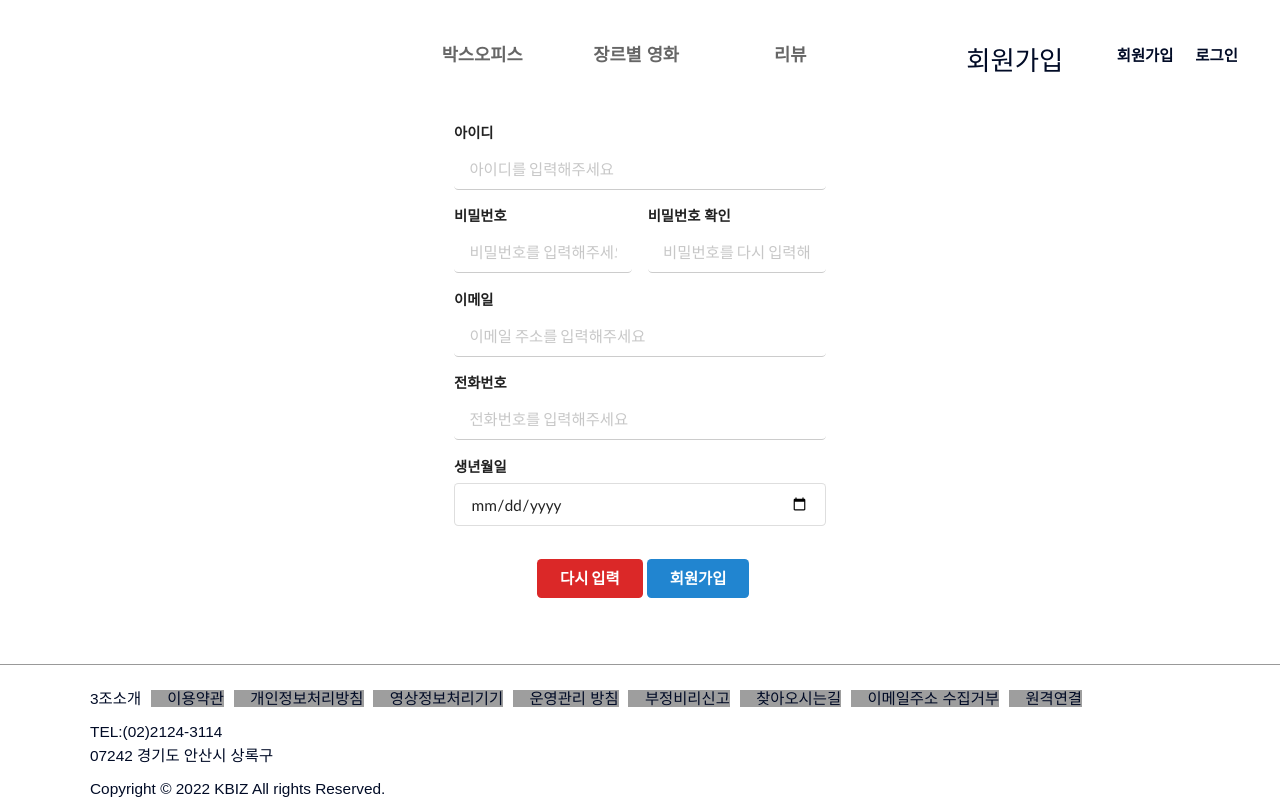
Repository: Minjeong204/project_Movie
Page: http://localhost/Movie/view/register.jsp
These files come from the project's save history. The page is drawn as it stood at one moment and after the next save; the edit follows.
The browser window is 1280 px wide. The pictures show the whole page.
Pictures or frames that could not be fetched are drawn as grey boxes. Some web libraries are served in a nearby version. The page is served by Tomcat 9. Nobody is signed in. The application's start-up code is not run. Other server files are loaded and not shown. The template is opened directly, without the code that normally fills it, so the values that code supplies are empty.

Above is the page before, as saved 2022-12-27 09:39:25.

### JSP-Project/Movie/WebContent/view/register.jsp
<%@ page language="java" contentType="text/html; charset=UTF-8"
	pageEncoding="UTF-8"%>
<link rel="stylesheet" href="/lib/style.css">
<%@ include file="../header.jsp"%>

<%
if (request.getAttribute("error") != null) {
	out.print("<script>swal('오류', '" + request.getAttribute("error") + "', 'error');</script>");
}

if (request.getAttribute("regID") != null) {
	out.print("<script>swal('회원가입 환영', '" + request.getAttribute("regID")
	+ "님의 가입을 환영합니다.', 'success').then((val) => {location.href = '/';});</script>");
}
%>

<div class="ui container">
	<div class="reg_vis">
		<h2>회원가입</h2>
	</div>

	<form class="ui form" id="reg_box"  action="/registerController.do" method="POST">
		<div class="field">
			<label>아이디</label> <input type="text" name="userId" id="userId"
				placeholder="아이디를 입력해주세요">
		</div>

		<div class="two fields">
			<div class="field">
				<label>비밀번호</label> <input type="password" name="userPW" id="userPW"
					placeholder="비밀번호를 입력해주세요">
			</div>

			<div class="field">
				<label>비밀번호 확인</label> <input type="password" name="userRePW"
					id="userRePW" placeholder="비밀번호를 다시 입력해주세요">
			</div>
		</div>

		<div class="field">
			<label>이메일</label> <input type="email" name="userEmail"
				id="userEmail" placeholder="이메일 주소를 입력해주세요">
		</div>

		<div class="field">
			<label>전화번호</label> <input type="text" name="userPhone"
				id="userPhone" placeholder="전화번호를 입력해주세요">
		</div>

		<div class="field">
			<label>생년월일</label> <input type="date" name="userBirth"
				id="userBirth">
		</div>

		<div class="field" id="reg_btn"
			style="display: flex; justify-content: flex-end; margin-top: 30px;">
			<button type="reset" class="ui red button right">다시 입력</button>
			<button type="button" class="ui primary button right"
				id="registerBtn">회원가입</button>
			<input type="submit" id="registerSubmit" style="display: none;">
		</div>
	</form>
</div>
</div>

<script>
	registerBtn.addEventListener("click", () => {
		if(userId.value.trim() == "") {
			userId.parentElement.classList.add("error");
		}else {
			userId.parentElement.classList.remove("error");
		}

		if(userEmail.value.trim() == "") {
			userEmail.parentElement.classList.add("error");
		}else {
			userEmail.parentElement.classList.remove("error");
		}

		if(userPhone.value.trim() == "") {
			userPhone.parentElement.classList.add("error");
		}else {
			userPhone.parentElement.classList.remove("error");
		}

		if(userBirth.value.trim() == "") {
			userBirth.parentElement.classList.add("error");
		}else {
			userBirth.parentElement.classList.remove("error");
		}

		if(userPW.value.trim() == "") {
			userPW.parentElement.classList.add("error");
		}else {
			userPW.parentElement.classList.remove("error");
		}

		if(userRePW.value.trim() == "") {
			userRePW.parentElement.classList.add("error");
		}else {
			userRePW.parentElement.classList.remove("error");
		}

		if(userId.value.trim() == "" || userPW.value.trim() == "" || userRePW.value.trim() == "" || userEmail.value.trim() == "" || userPhone.value.trim() == "" || userBirth.value.trim() == "") {
			swal("오류", "누락된 항목이 있습니다.", "error");
			return;
		}

		if(userPW.value.trim() !== userRePW.value.trim()) {
			userPW.parentElement.classList.add("error");
			userRePW.parentElement.classList.add("error");
			swal("오류", "비밀번호가 서로 다릅니다.", "error");

			return;
		}else {
			userPW.parentElement.classList.remove("error");
			userRePW.parentElement.classList.remove("error");
			registerSubmit.click();
		}
	});
</script>

<%@ include file="../footer.jsp"%>

### JSP-Project/Movie/WebContent/header.jsp
<%@ page import="vo.MemberVO"%>
<%@ page language="java" contentType="text/html; charset=UTF-8"
	pageEncoding="UTF-8"%>
<%@ taglib prefix="c" uri="http://java.sun.com/jsp/jstl/core"%>
<%@ taglib prefix="fmt" uri="http://java.sun.com/jsp/jstl/fmt"%>

<!DOCTYPE html>
<html>
	<head>
	<meta charset="UTF-8">
	<title>영화 예매</title>
	<link rel="stylesheet" href="/lib/style.css?after">
	<link rel="stylesheet" type="text/css" href="/lib/semantic.min.css">

	<script src="https://code.jquery.com/jquery-3.1.1.min.js"
		integrity="sha256-hVVnYaiADRTO2PzUGmuLJr8BLUSjGIZsDYGmIJLv2b8="
		crossorigin="anonymous"></script>
	<!-- <script src="/lib/semantic.min.js"></script> -->
	<script src="https://unpkg.com/sweetalert/dist/sweetalert.min.js"></script>
	</head>
<%
	MemberVO user = (MemberVO) session.getAttribute("user");
	int userStatus = 0;

	if (user != null) {
		if (user.getId() != null) {
			userStatus = 1;
		}
	}
%>


	<body>
		<div class="ui container">
			<header>
				<nav id="main_navi">
					<ul id="menu">
						<li data-n="1"><a href="/">박스오피스</a></li>
						<!-- 이용안내-->
						<li data-n="2"><a class="click_movie" href="#">장르별 영화</a>
							<ul class="sub">
								<li><a class="genre1" href="/movieList.do?cat_no=1">액션</a></li>
								<li><a class="genre2" href="/movieList.do?cat_no=2">로맨스</a></li>
								<li><a class="genre3" href="/movieList.do?cat_no=3">코미디</a></li>
								<li><a class="genre4" href="/movieList.do?cat_no=4">스릴러</a></li>
								<li><a class="genre5" href="/movieList.do?cat_no=5">애니메이션</a></li>
							</ul></li>
						<!-- 전시-->
						<li data-n="3"><a href="/review.do">리뷰</a> <!-- 프로그램--> <!-- 나만의 페이지-->
					</ul>
					<!--menu-->
				</nav>

				<%
				if (userStatus == 1) {
					if (user.getId().equals("admin")) {
				%>

				<div class="right item">
					<p style="margin: 0 15px;"><%=user.getId()%>님
					</p>
					<div class="ui primary button"
						onclick="location.href = '/view/register.jsp';">영화 추가</div>
				</div>

				<div class="item">
					<div class="ui button"
						onclick="location.href = '/view/myTickets.jsp';">전체 예메목록</div>
				</div>

				<div class="item">
					<div class="ui button"
						onclick="swal('Success', '로그아웃 성공', 'success').then((val) => {location.href = '/view/logout.jsp';});">로그아웃</div>
				</div>
				<%
				} else {
				%>

				<div class="right item">
					<p class="user_id"><%=user.getId()%>님</p>


				<div class="item">
					<div class="logout ui button"
						onclick="swal('Success', '로그아웃 성공', 'success').then((val) => {location.href = '/view/logout.jsp';});">로그아웃</div>
				</div>

				<%
				}
				} else {
				%>
				<ul class="quick">
					<li onclick="location.href = '/view/register.jsp';">회원가입</li>
					<li onclick="location.href = '/view/login.jsp';">로그인</li>
				</ul>
				<%
				}
				%>
		</div>
		</header>
		</div>
		<script type="text/javascript">
		$(document).ready(function () {
			  //태그 추가
			  $("#main_navi").before("<div class='bg'></div>");
			  $(".bg,.sub").hide();
			  $("#menu")
			    .mouseenter(function() {
			      $(".bg").stop().slideDown("fast");
			      $(".sub").stop().show();
			    })
			    .mouseleave(function() {
			      $(".bg").stop().slideUp("fast");
			      $(".sub").stop().hide();
			    });
			  $(".bg")
			    .mouseover(function() {
			      $(this).stop().show();
			      $(".sub").stop().show();
			    })
			    .mouseout(function() {
			      $(this).stop().slideUp();
			      $(".sub").stop().slideUp();
			    });

			  $(".click_movie").click(function() {
				  $(".bg").stop().slideDown("fast");
			      $(".sub").stop().show();
			  }).dblclick(function() {
				  $(".bg").stop().slideUp("fast");
			      $(".sub").stop().hide();
			  });
			});
		</script>
	</body>
</html>

### JSP-Project/Movie/WebContent/footer.jsp
<%@ page language="java" contentType="text/html; charset=UTF-8"
    pageEncoding="UTF-8"%>
<link rel="stylesheet" href="/lib/style.css">
<div id="bottom_wrap">
    <footer id="bottom">
      <ul>
        <li><a href="#">3조소개</a></li>
        <li><a href="#">이용약관</a></li>
        <li><a href="#">개인정보처리방침</a></li>
        <li><a href="#">영상정보처리기기</a></li>
        <li><a href="#">운영관리 방침</a></li>
        <li><a href="#">부정비리신고</a></li>
        <li><a href="#">찾아오시는길</a></li>
        <li><a href="#">이메일주소 수집거부</a></li>
        <li><a href="#">원격연결</a></li>
      </ul>
      <address class="add">
        TEL:(02)2124-3114<br />
        <span class="add_sub">07242 경기도 안산시 상록구</span>
      </address>
      <p>Copyright &copy; 2022 KBIZ All rights Reserved.</p>
    </footer>
  </div>
</body>
</html>

Loaded but not shown: JSP-Project/Movie/WebContent/lib/style.css (library); JSP-Project/Movie/WebContent/lib/semantic.min.css (library)

After the next save:
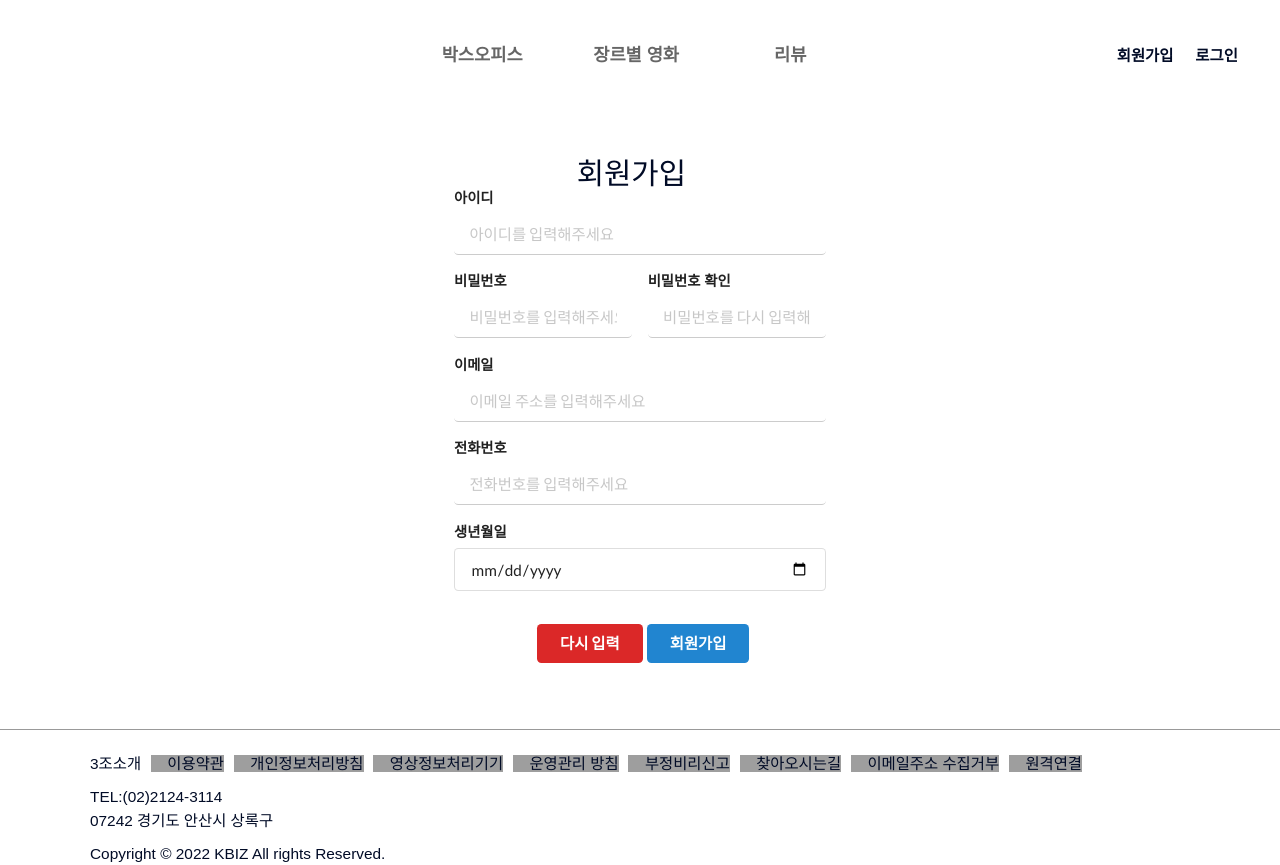
Saved 9 min 45 s later.
--- a/JSP-Project/Movie/WebContent/view/register.jsp
+++ b/JSP-Project/Movie/WebContent/view/register.jsp
@@ -16,10 +16,11 @@ if (request.getAttribute("regID") != null) {
 
 <div class="ui container">
 	<div class="reg_vis">
-		<h2>회원가입</h2>
+
 	</div>
 
 	<form class="ui form" id="reg_box"  action="/registerController.do" method="POST">
+		<h2 class="join_title">회원가입</h2>
 		<div class="field">
 			<label>아이디</label> <input type="text" name="userId" id="userId"
 				placeholder="아이디를 입력해주세요">
